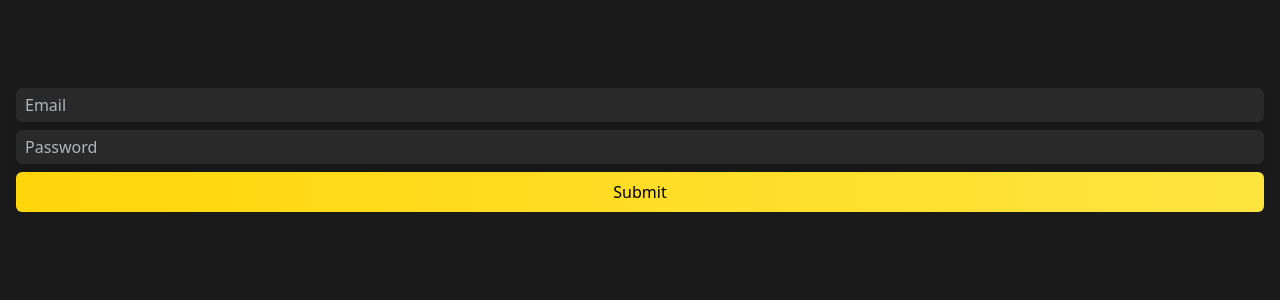
Repository: s-babaeizadeh/react-hook-form-with--zod-validation
Page: /
An editor plug-in stored every save of this project. The page is shown before and after the next save, followed by the edit.
The browser window is 1280 px wide. The pictures show the whole page.
The project was rebuilt for these pictures with package versions that can differ from the ones it lists, and the page was loaded fresh each time. Also part of the build but not shown: vite.config.ts.

Above is the page before, as saved 2024-08-13 17:22:35.

### src/App.tsx
import React, { useState } from "react";

const App = () => {
  const [email, setEmail] = useState("");
  const [password, setPassword] = useState("");
  const [errors, setErrors] = useState<{ email: string; password: string }>({
    email: "",
    password: "",
  });

  const handleSubmit = (e: React.FormEvent) => {
    e.preventDefault();

    setErrors({ email: "", password: "" });

    if (!email.includes("@")) {
      setErrors({ ...errors, email: "Email must include @" });
      return;
    }

    if (password.length < 8) {
      setErrors({ ...errors, password: "Password must be at least 8 chars" });
      return;
    }

    console.log("Form submitted");
  };

  return (
    <form onSubmit={handleSubmit} className="form gap-2 mt-20">
      <input
        type="text"
        placeholder="Email"
        value={email}
        onChange={(e) => setEmail(e.target.value)}
      />
      {errors.email && <div className="text-red-500">{errors.email}</div>}
      <input
        type="password"
        placeholder="Password"
        value={password}
        onChange={(e) => setPassword(e.target.value)}
      />
      {errors.password && <div className="text-red-500">{errors.password}</div>}
      <button type="submit">Submit</button>
    </form>
  );
};

export default App;

### src/index.css
@tailwind base;
@tailwind components;
@tailwind utilities;

body {
  @apply bg-background-800 text-white;
}

button,
button[type="submit"] {
  @apply rounded-md bg-gradient-to-r from-primary-500 to-secondary-600 px-6 py-2 text-black hover:opacity-50;
}

button:disabled,
button[type="submit"]:disabled {
  @apply opacity-50;
}

input[type="text"],
input[type="email"],
input[type="password"] {
  @apply rounded-md border border-background-700 bg-background-700 px-2 py-1 text-white shadow-lg outline-none  focus:border-primary-500;
}

.form {
  @apply flex flex-col px-4 py-2;
}

.tutorial-shorts {
  @apply flex flex-col px-8 py-4;
}

### tailwind.config.js
/** @type {import('tailwindcss').Config} */
export default {
  content: ["./index.html", "./src/**/*.{js,ts,jsx,tsx}"],
  theme: {
    extend: {
      colors: {
        primary: {
          500: "#ffd60a",
          600: "#ffc300",
        },
        secondary: {
          500: "#fca311",
          600: "#fee440",
        },
        background: {
          700: "#292929",
          800: "#1a1a1a",
        },
        gray: {
          300: "#f8f9fa",
          400: "#adb5bd",
        },
      },
    },
  },
  plugins: [],
};

Loaded but not shown: index.html (common file); src/main.tsx (common file)

After the next save:
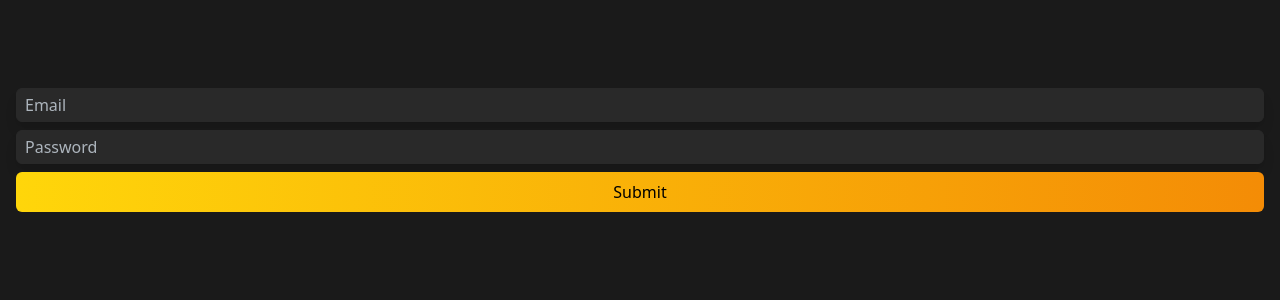
Saved 9 s later.
--- a/tailwind.config.js
+++ b/tailwind.config.js
@@ -10,7 +10,7 @@ export default {
         },
         secondary: {
           500: "#fca311",
-          600: "#fee440",
+          600: "#f48c06",
         },
         background: {
           700: "#292929",
